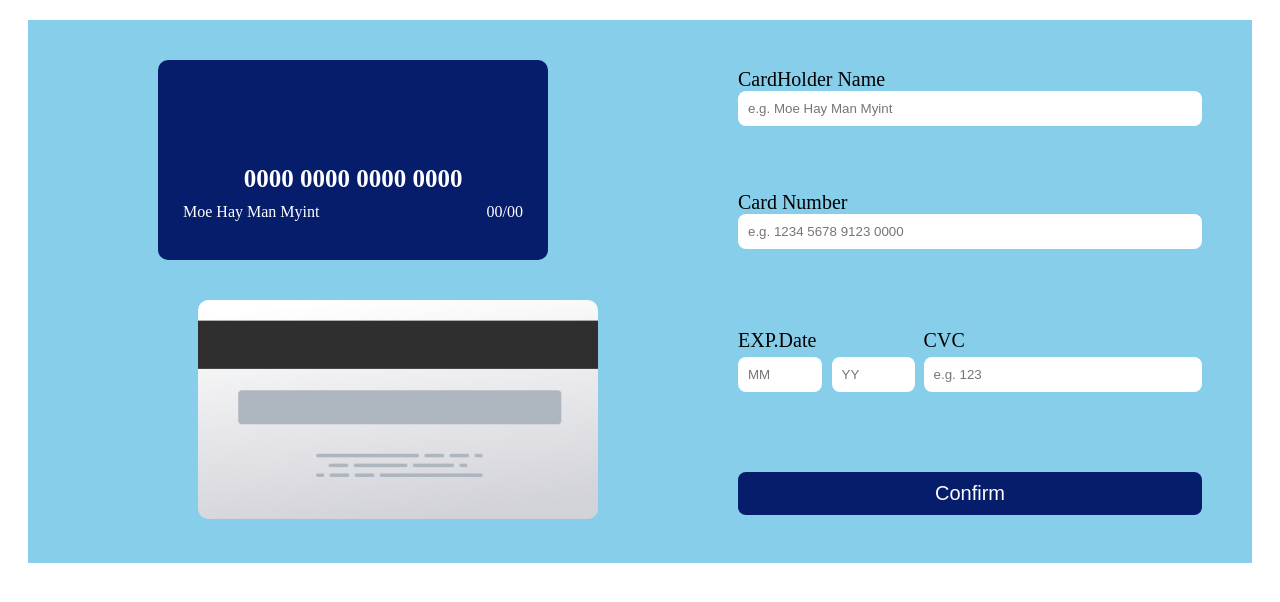
Repository: moehaymanmyint/Interactive-Card-Details-Form
Page: index.html
An editor plug-in stored every save of this project. The page is shown before and after a run of saves, followed by the edit.
The browser window is 1280 px wide. The pictures show the whole page.

Above is the page before, as saved 2024-10-16 22:56:53.

### index.html
<!DOCTYPE html>
<html lang="en">
<head>
    <meta charset="UTF-8">
    <meta name="viewport" content="width=device-width, initial-scale=1.0">
    <title>Interactive Card Details Form</title>
    <link rel="stylesheet" href="style.css">
</head>
<body>
    <div class="container">
        <!-- Left Side -->
    <div class="left-container">
        <div class="front-card">
            <div class="number" style="text-align: center; margin-top: 80px ;" >0000 0000 0000 0000</div>
            <div class="" style="display: flex; justify-content: space-between; margin-top: 10px;">
                <span class="name">Moe Hay Man Myint</span>
                <span class="date">00/00</span>
            </div>
        </div>
        <div class="back-card">
            <img src="./img/bg-card-back.png" alt="">
        </div>
    </div>

    <!-- Right Side -->
    <div class="right-container">
        <form action="">
            <div class="card-name">
                <label for="">CardHolder Name</label><br>
                <input type="text" placeholder="e.g. Moe Hay Man Myint" class="card-input">
            </div>
            <div class="card-number">
                <label for="">Card Number</label><br>
                <input type="number" placeholder="e.g. 1234 5678 9123 0000" class="card-input">
            </div>
            <div class="card-info">
                <div class="" style="width: 40%;">
                    <label for="">EXP.Date</label><br>
                    <input type="text" placeholder="MM" class="card-date">
                    <input type="text" placeholder="YY" class="card-date">
                </div>
                <div class="cvc" style="width: 60%;">
                    <label for="">CVC</label><br>
                    <input type="number" placeholder="e.g. 123" class="card-cvc">
                </div>
            </div>

            <div class="btn">
                <input type="submit" value="Confirm" class="confirm-btn">
            </div>
        </form>
    </div>
    </div>
</body>
</html>

### style.css
.container{
    background-color: skyblue;
    display: flex;
    justify-content: center;
    margin: 20px;
}

.left-container,
.right-container {
    margin: 20px 50px;
    width: 50%;
}

.right-container{
    display: flex;
    align-items: center;
    font-size: 20px;
}

.front-card{
    background-color: rgb(5, 29, 107);
    color: white;
    padding: 25px;
    border-radius: 10px;
    height: 150px;
    width: 340px;
    margin: 20px 80px;
}

.front-card .number{
    font-size: 25px;
    font-weight: bold;
}

.back-card img{
    width: 400px;
    margin: 20px 40px;
    border-radius: 10px;
    margin-left: 120px;
}

.right-container div{
    margin: 15px 0;
}

.card-input {
    width: 100%;
    border: none;
    padding: 10px;
    border-radius: 8px;
    box-sizing: border-box;
}

.card-date {
    width: 45%;
    margin-top: 5px;
    margin-right: 5px;
    border: none;
    padding: 10px;
    border-radius: 8px;
    box-sizing: border-box;
}

.card-cvc {
    width: 100%;
    margin-top: 5px;
    border: none;
    padding: 10px;
    border-radius: 8px;
    box-sizing: border-box;
}

.confirm-btn {
    width: 100%;
    padding: 10px;
    border-radius: 8px;
    border: none;
    background-color: rgb(5, 29, 107);
    font-size: 20px;
    color: white;
    cursor: pointer;
}

.card-info {
    display: flex;
    justify-content: space-evenly;
}

.card-name,
.card-number,
.card-info{
    padding-bottom: 50px;
}

After the next 2 saves:
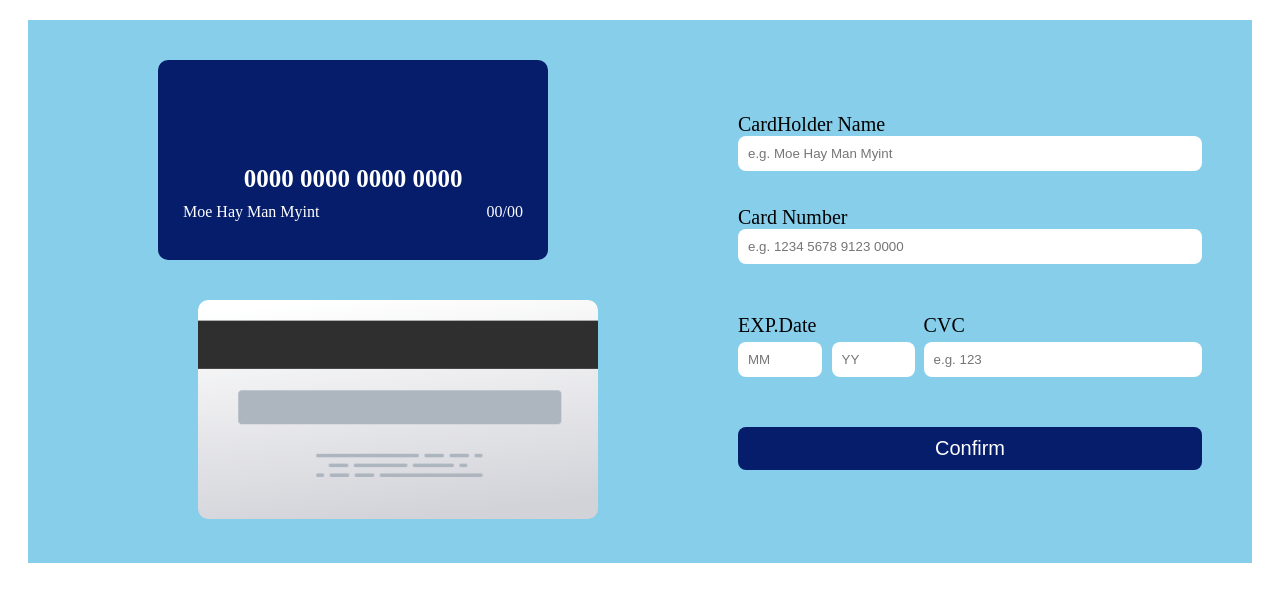
The 2 saves are shown as one change because they came seconds apart.
The last was saved 8 s later.
--- a/style.css
+++ b/style.css
@@ -89,5 +89,5 @@
 .card-name,
 .card-number,
 .card-info{
-    padding-bottom: 50px;
+    padding-bottom: 20px;
 }
